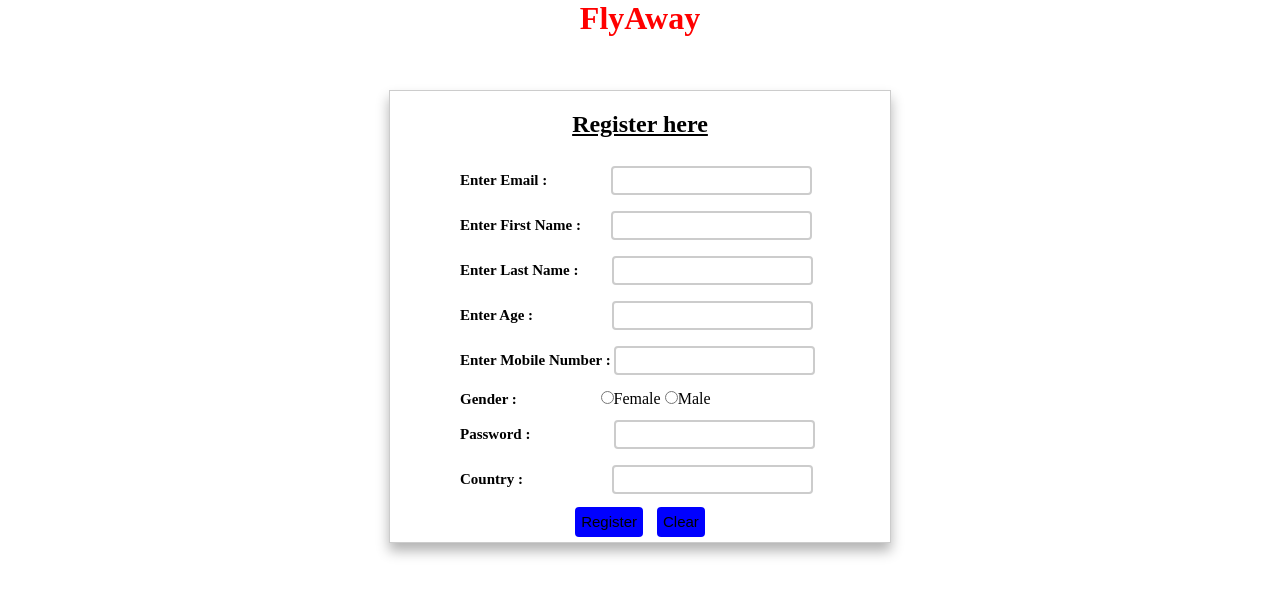
Repository: KartikMuchakandimath/Flyaway
Page: http://localhost/FlayAway/
The author's editor kept a copy of each file at every save. The page is drawn from the files as they stood at one save, then again after the next save.
The browser window is 1280 px wide. The pictures show the whole page.
The page is served by Tomcat 9.

Above is the page before, as saved 2022-04-22 19:43:42.

After the next save:
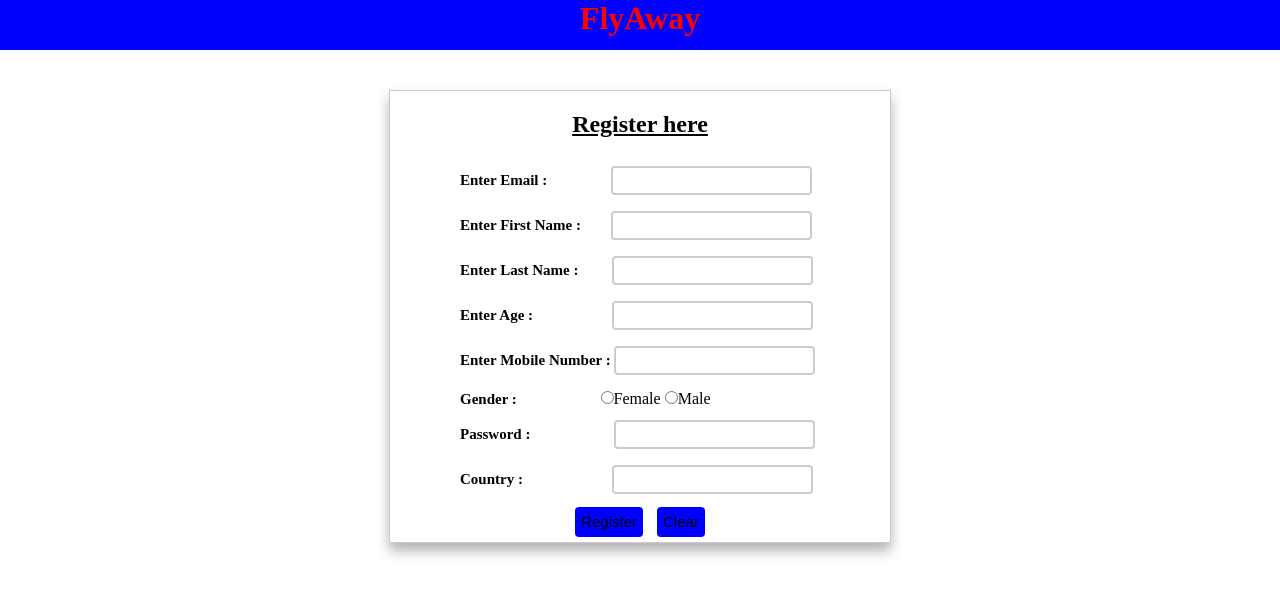
Saved 17 s later.
--- a/FlayAway/src/main/webapp/Registration.jsp
+++ b/FlayAway/src/main/webapp/Registration.jsp
@@ -12,7 +12,7 @@ margin : 0;
 padding : 0;
 }
 .head{
-background-color : 0000FF;
+background-color : #0000FF;
 color : #FF0000;
 height : 50px;
 }
